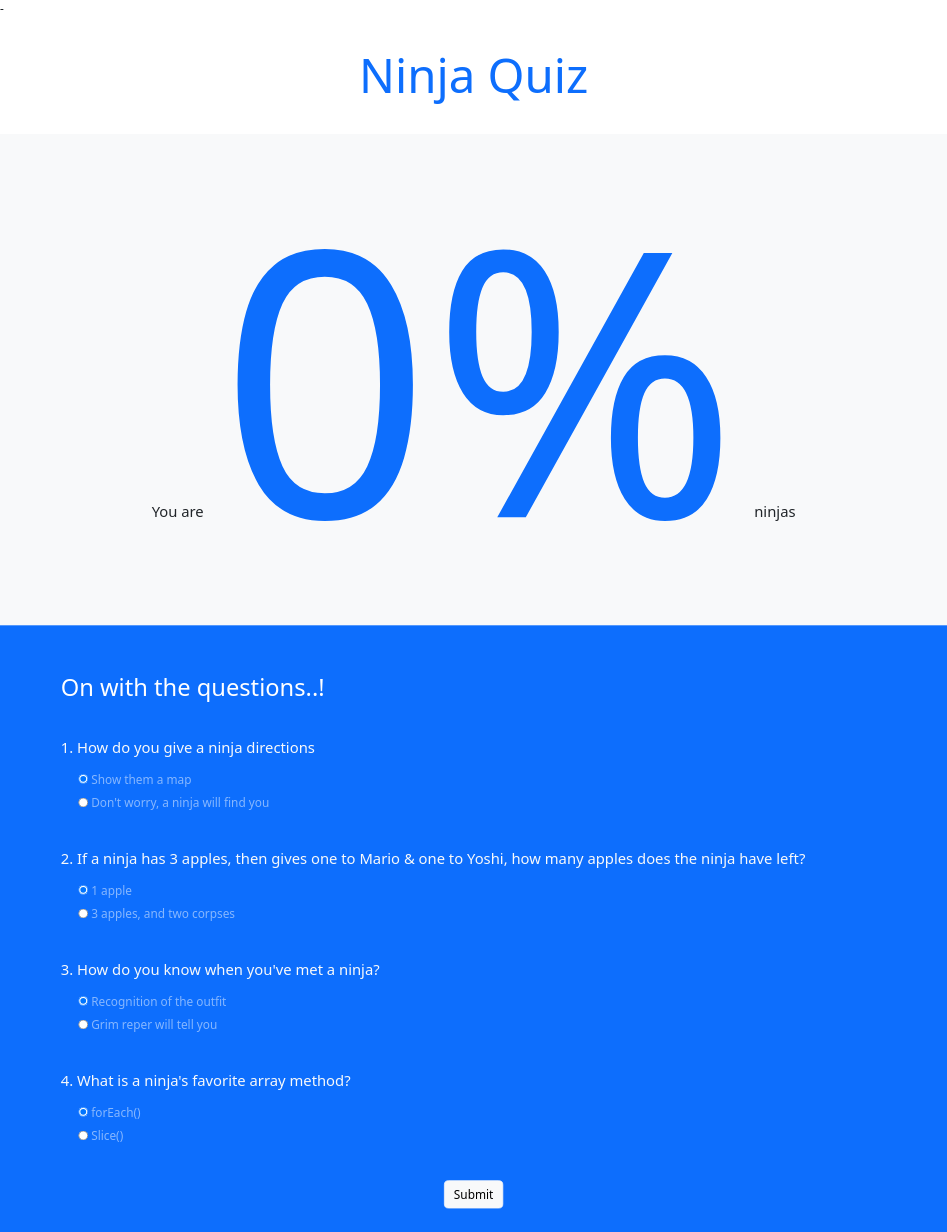
Repository: Programmer-RD-AI/Modern-JavaScript-Complete-guide-from-Novice-to-Ninja
Page: ninja_quiz/index.html
These files come from the project's save history. The page is drawn as it stood at one moment and after a run of saves; the edit follows.
The browser window is 1280 px wide. The pictures show the whole page, at 74% of full size.
After loading, the first visible `form.quiz-form` was submitted once.

Above is the page before, as saved 2023-12-26 16:24:45.
Console error: ReferenceError: closeInterval is not defined

### ninja_quiz/index.html
<html lang="en">
  <head>
    <meta charset="UTF-8" />
    -
    <meta name="viewport" content="width=device-width, initial-scale=1.0" />
    <link
      href="https://cdn.jsdelivr.net/npm/bootstrap@5.3.2/dist/css/bootstrap.min.css"
      rel="stylesheet"
      integrity="sha384-T3c6CoIi6uLrA9TneNEoa7RxnatzjcDSCmG1MXxSR1GAsXEV/Dwwykc2MPK8M2HN"
      crossorigin="anonymous"
    />
    <title>Ninja Quiz</title>
    <link rel="stylesheet" href="style.css" />
  </head>
  <body>
    <!-- introduction -->
    <div class="intro py-3 bg-white text-center">
      <div class="container">
        <h2 class="text-primary display-3 my-4">Ninja Quiz</h2>
      </div>
    </div>
    <!-- percentage -->
    <div class="result py-4 d-none bg-light text-center">
      <div class="container lead">
        <p>You are <span class="text-primary display-4 p-3">0%</span> ninjas</p>
      </div>
    </div>
    <!-- quiz section -->
    <div class="quiz py-3 bg-primary">
      <div class="container">
        <h2 class="my-5 text-white">On with the questions..!</h2>
        <form class="quiz-form text-light">
          <div class="my-5">
            <p class="lead font-weight-normal">
              1. How do you give a ninja directions
            </p>
            <div class="form-check my-2 text-white-50">
              <input type="radio" name="q1" value="A" checked />
              <label class="form-check-label">Show them a map</label>
            </div>
            <div class="form-check my-2 text-white-50">
              <input type="radio" name="q1" value="B" />
              <label class="form-check-label"
                >Don't worry, a ninja will find you</label
              >
            </div>
          </div>
          <div class="my-5">
            <p class="lead font-weight-normal">
              2. If a ninja has 3 apples, then gives one to Mario & one to
              Yoshi, how many apples does the ninja have left?
            </p>
            <div class="form-check my-2 text-white-50">
              <input type="radio" name="q2" value="A" checked />
              <label class="form-check-label">1 apple</label>
            </div>
            <div class="form-check my-2 text-white-50">
              <input type="radio" name="q2" value="B" />
              <label class="form-check-label">3 apples, and two corpses</label>
            </div>
          </div>
          <div class="my-5">
            <p class="lead font-weight-normal">
              3. How do you know when you've met a ninja?
            </p>
            <div class="form-check my-2 text-white-50">
              <input type="radio" name="q3" value="A" checked />
              <label class="form-check-label">Recognition of the outfit</label>
            </div>
            <div class="form-check my-2 text-white-50">
              <input type="radio" name="q3" value="B" />
              <label class="form-check-label">Grim reper will tell you</label>
            </div>
          </div>
          <div class="my-5">
            <p class="lead font-weight-normal">
              4. What is a ninja's favorite array method?
            </p>
            <div class="form-check my-2 text-white-50">
              <input type="radio" name="q4" value="A" checked />
              <label class="form-check-label">forEach()</label>
            </div>
            <div class="form-check my-2 text-white-50">
              <input type="radio" name="q4" value="B" />
              <label class="form-check-label">Slice()</label>
            </div>
          </div>
          <div class="text-center">
            <input type="submit" class="btn btn-light" />
          </div>
        </form>
      </div>
    </div>
    <script src="app.js"></script>
  </body>
</html>

### ninja_quiz/app.js
const correctAnswers = ["B", "B", "B", "B"];
const form = document.querySelector(".quiz-form");
const percentage = document.querySelector("div.result");
form.addEventListener("submit", (e) => {
  e.preventDefault();
  let score = 0;
  const userAnswers = [
    form.q1.value,
    form.q2.value,
    form.q3.value,
    form.q4.value,
  ];
  userAnswers.forEach((userAnswer, idx) => {
    if (userAnswer === correctAnswers[idx]) {
      score += 100 / correctAnswers.length;
    }
  });
  scrollTo(0, 0);
  percentage.classList.remove("d-none");
  let i = 0;
  const timer = setInterval(() => {
    percentage.querySelector("span").textContent = `${i}%`;
    if (i === score) {
      percentage.querySelector("span").style.fontSize = "500px";
      closeInterval(timer);
    }
    i++;
  }, 75);
});

// window object (global object, where everything is stored)
// console.log("hello");
// window.console.log("hello");
console.log(document.querySelector("form"));

Loaded but not shown: ninja_quiz/style.css (no stored copy; drawn as an empty file)

After the next 2 saves:
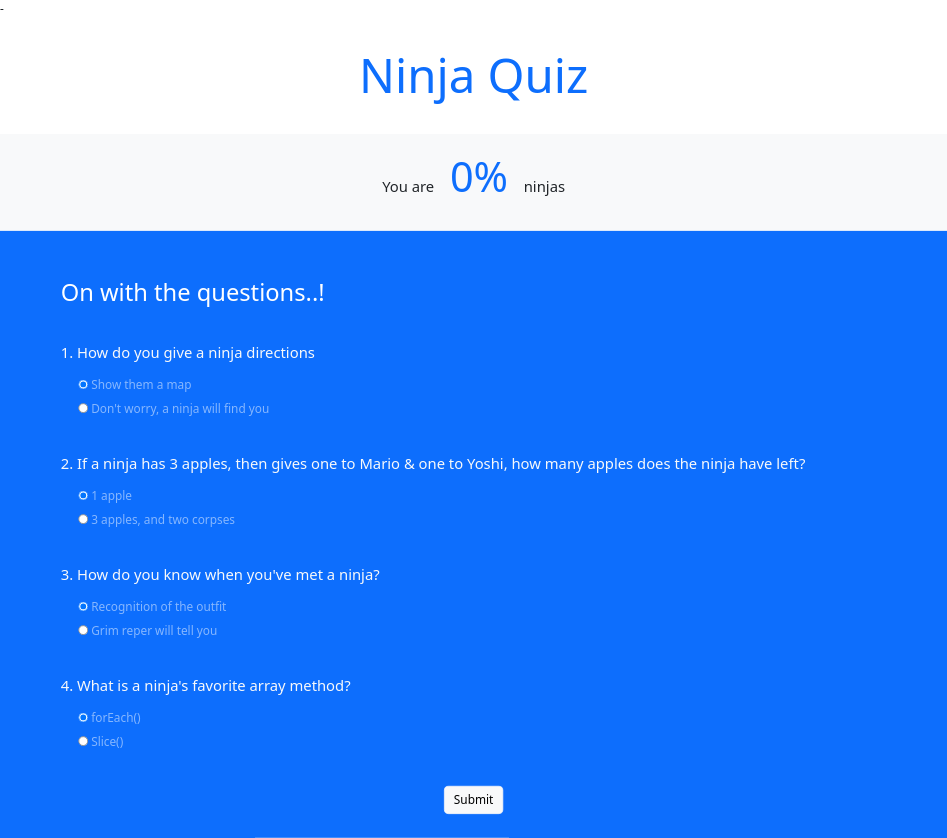
The 2 saves are shown as one change because they came seconds apart.
The last was saved 11 s later.
--- a/ninja_quiz/app.js
+++ b/ninja_quiz/app.js
@@ -21,7 +21,7 @@ form.addEventListener("submit", (e) => {
   const timer = setInterval(() => {
     percentage.querySelector("span").textContent = `${i}%`;
     if (i === score) {
-      percentage.querySelector("span").style.fontSize = "500px";
+      percentage.querySelector("span").style.color = "red";
       closeInterval(timer);
     }
     i++;
